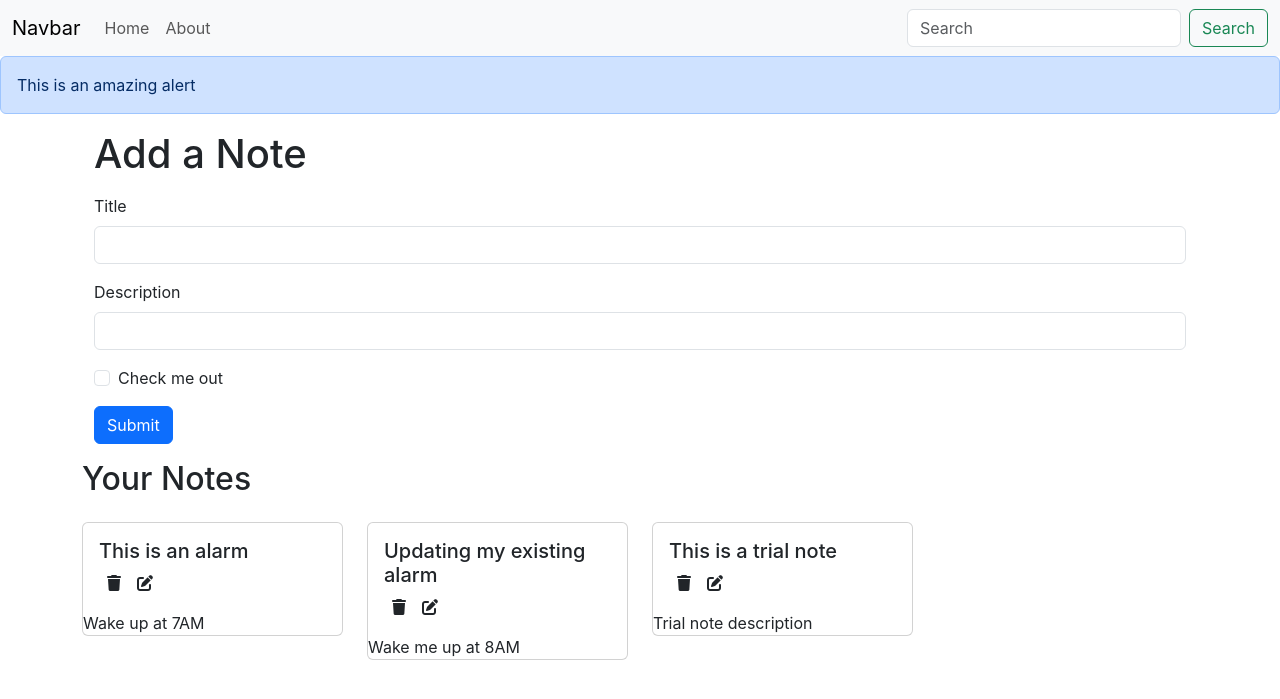
Repository: bhaveshdaipuria/inotebook
Page: /home
These files come from the project's save history. The page is drawn as it stood at one moment and after the next save; the edit follows.
The browser window is 1280 px wide. The pictures show the whole page.
Some web libraries are served in a nearby version. The project was rebuilt for these pictures with package versions that can differ from the ones it lists, and the page was loaded fresh each time. Also part of the build but not shown: src/App.css, src/components/About.js.

Above is the page before, as saved 2023-05-04 13:05:20.

After the next save:
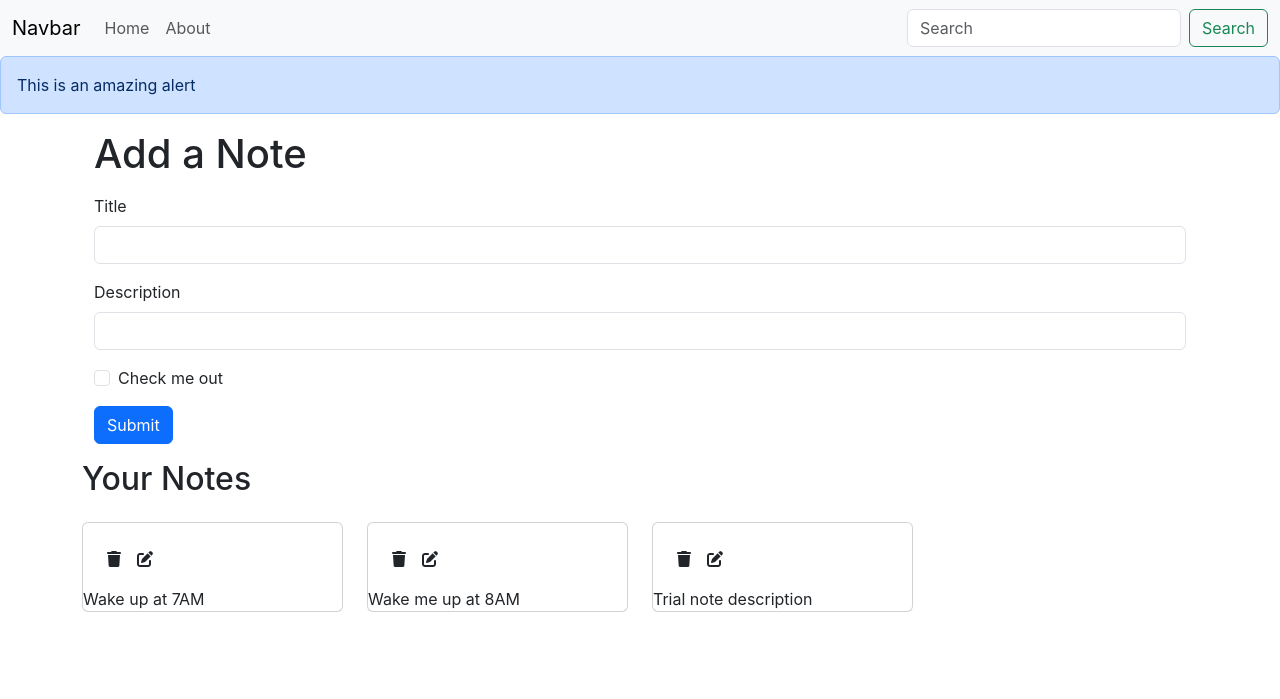
Saved 49 s later.
--- a/src/components/NoteItem.js
+++ b/src/components/NoteItem.js
@@ -5,12 +5,11 @@
     const context = useContext(noteContext);
     const {deleteNote} = context;
     const {note} = props;
-    console.log(props)
   return (
     <div className='col-sm-3'>
     <div className='card my-3'>
         <div className='card-body'>
-            <h5 className='card-title'>{note.title}</h5>
+            <h5 className='card-title'>{note.bhavesh}</h5>
             <i className="fa-sharp fa-solid fa-trash mx-2" onClick={()=>{deleteNote(note._id)}}/>
             <i className="fa-solid fa-pen-to-square mx-2"></i>
         </div>

After the save that followed:
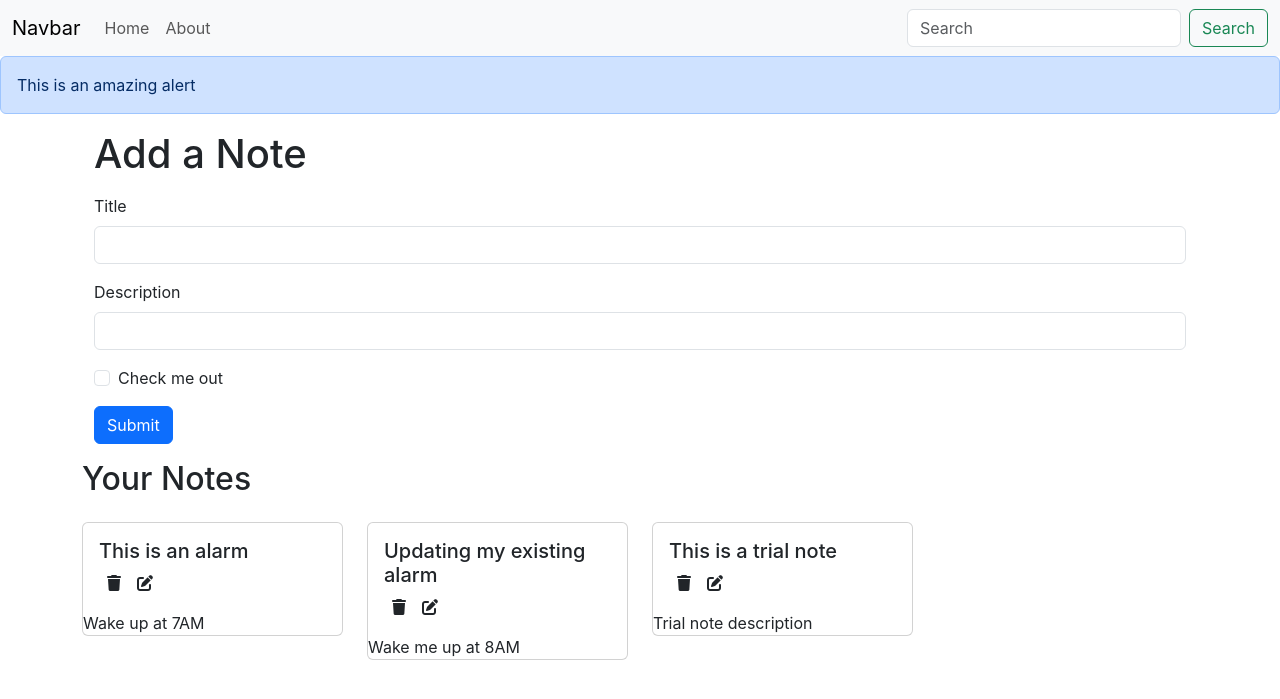
Saved 6 s later.
--- a/src/components/NoteItem.js
+++ b/src/components/NoteItem.js
@@ -9,7 +9,7 @@
     <div className='col-sm-3'>
     <div className='card my-3'>
         <div className='card-body'>
-            <h5 className='card-title'>{note.bhavesh}</h5>
+            <h5 className='card-title'>{note.title}</h5>
             <i className="fa-sharp fa-solid fa-trash mx-2" onClick={()=>{deleteNote(note._id)}}/>
             <i className="fa-solid fa-pen-to-square mx-2"></i>
         </div>
